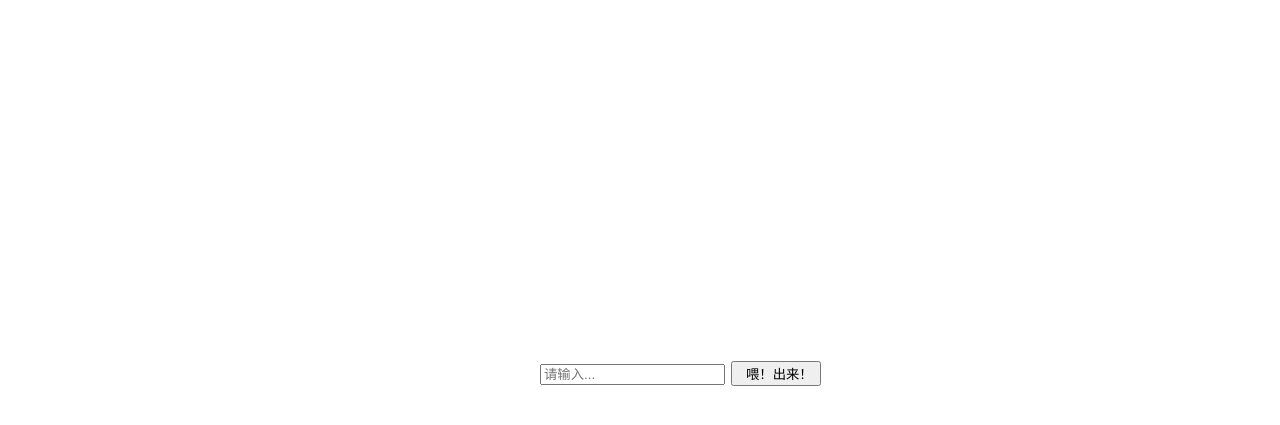
Repository: StarunneR/one-page
Page: index.html
An editor plug-in stored every save of this project. The page is shown before and after the next save, followed by the edit.
The browser window is 1280 px wide. The pictures show the whole page.

Above is the page before, as saved 2022-01-08 18:48:15.

After the next save:
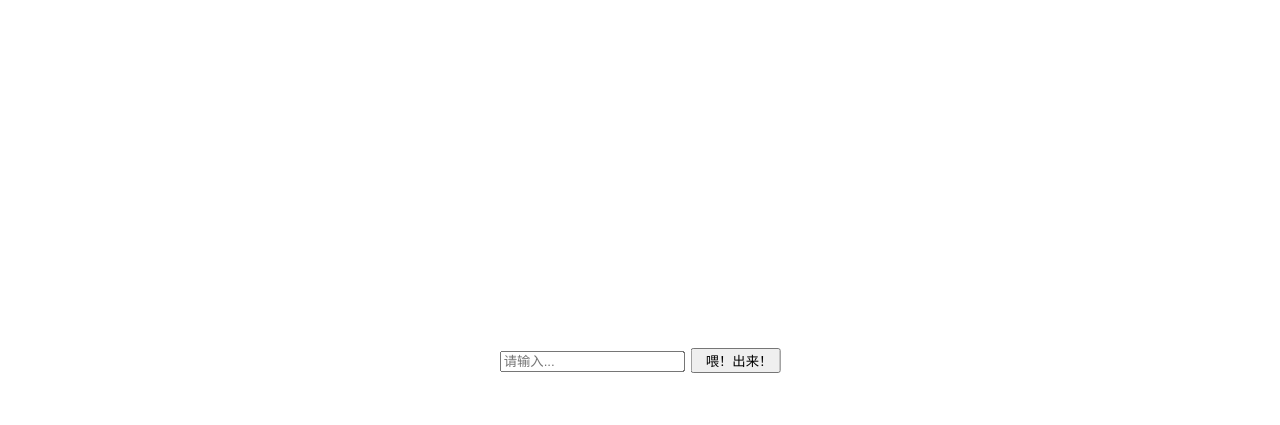
Saved 73 s later.
--- a/static/css/main.css
+++ b/static/css/main.css
@@ -68,8 +68,8 @@ body {
   }
 }
 .front_page {
-  position: absolute;
-  left:50%;
+  position:absolute;
+  left:50%;    /* 定位父级的50% */
   top:50%;
-  margin-left:-100px;
+  transform: translate(-50%,-50%); /*自己的50% */
 }
